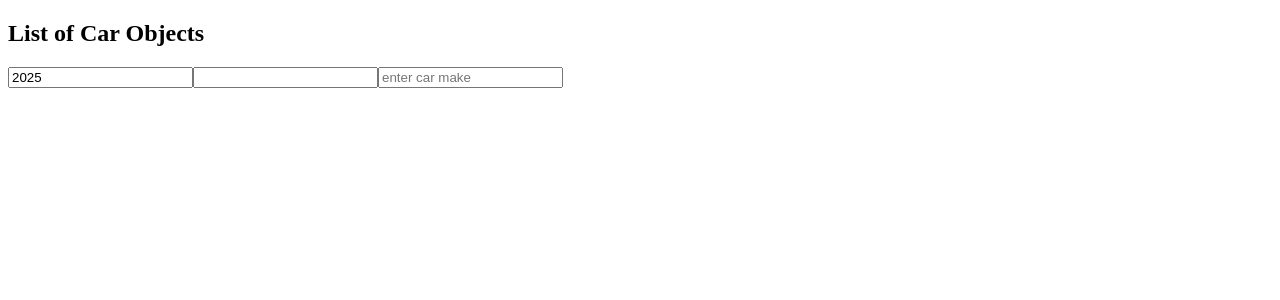
Repository: wakoya-tech/my-react-practice
Page: /
An editor plug-in stored every save of this project. The page is shown before and after the next save, followed by the edit.
The browser window is 1280 px wide. The pictures show the whole page.
The project was rebuilt for these pictures with package versions that can differ from the ones it lists, and the page was loaded fresh each time. Also part of the build but not shown: vite.config.js, src/index.css.

Above is the page before, as saved 2025-10-04 11:12:13.

### src/App.jsx

import CarList from './CarList.jsx';


function App() {

  return (
<CarList/>
  );
}
export default App;

### src/CarList.jsx
import { useState } from 'react';
function CarList(){
    const [Cars,setCars]=useState([]);
    const [carYear,setCarYear]=useState(new Date().getFullYear());
    const [carMake,setCarMake]=useState("");
    const [carModel,setCarModel]=useState("");
    function handleAddCar(){
        const newCar={
            year:carYear,
            make:carMake,
            model:carModel
        };
        setCars(c=>[...c,newCar]);
        setCarYear(new Date().getFullYear());

    }
    function handleRemovedCar(index){
        setCars(c=>c.filter((_,i)=> i !== index));
    }
    function handleYearChange(){

    }
    function handleMakeChange(){

    }
    function handleModelChange(){

    }
    return(<>
    <h2>List of Car Objects</h2>
    <u>

    </u>
    <input type="number" value={carYear} onChange={handleYearChange} />
    <input type="text" value={carMake} onChange={handleMakeChange} />
    <input placeholder="enter car make" type="number" value={carModel} onChange={handleModelChange} />
    </>)
}
export default CarList

Loaded but not shown: index.html (common file); src/main.jsx (common file)

After the next save:
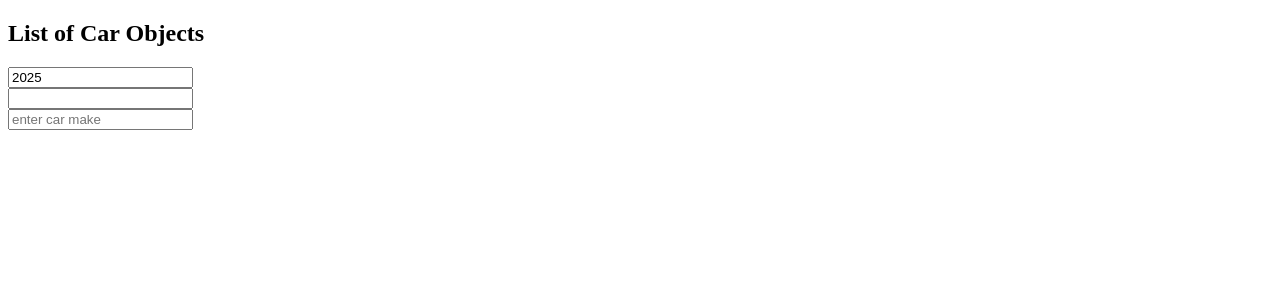
Saved 18 s later.
--- a/src/CarList.jsx
+++ b/src/CarList.jsx
@@ -32,7 +32,9 @@ function CarList(){
 
     </u>
     <input type="number" value={carYear} onChange={handleYearChange} />
+    <br />
     <input type="text" value={carMake} onChange={handleMakeChange} />
+    <br />
     <input placeholder="enter car make" type="number" value={carModel} onChange={handleModelChange} />
     </>)
 }
